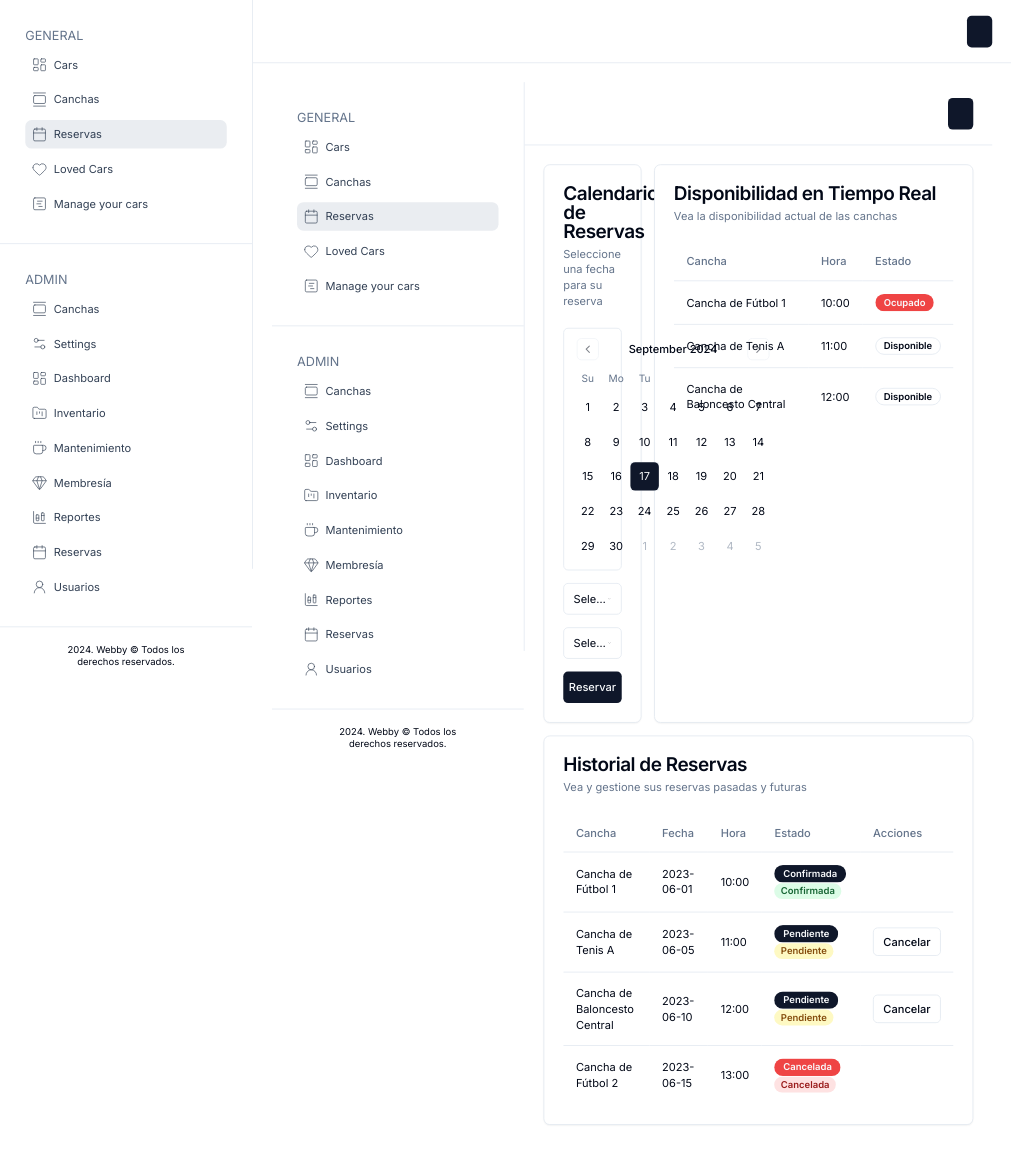
Repository: Jackson-sch/cdeporte
Page: /reservas
These files come from the project's save history. The page is drawn as it stood at one moment and after the next save; the edit follows.
The browser window is 1280 px wide. The pictures show the whole page, at 79% of full size.
The project was rebuilt for these pictures with package versions that can differ from the ones it lists, and the page was loaded fresh each time. The framework's server and built-in components were replaced by stand-ins that run in the browser. Also part of the build but not shown: next.config.mjs, src/components/ui/label.jsx, src/components/ui/input.jsx, src/components/Reservas/HistorialReserva.jsx.

Above is the page before, as saved 2024-09-17 20:18:20.

After the next save:
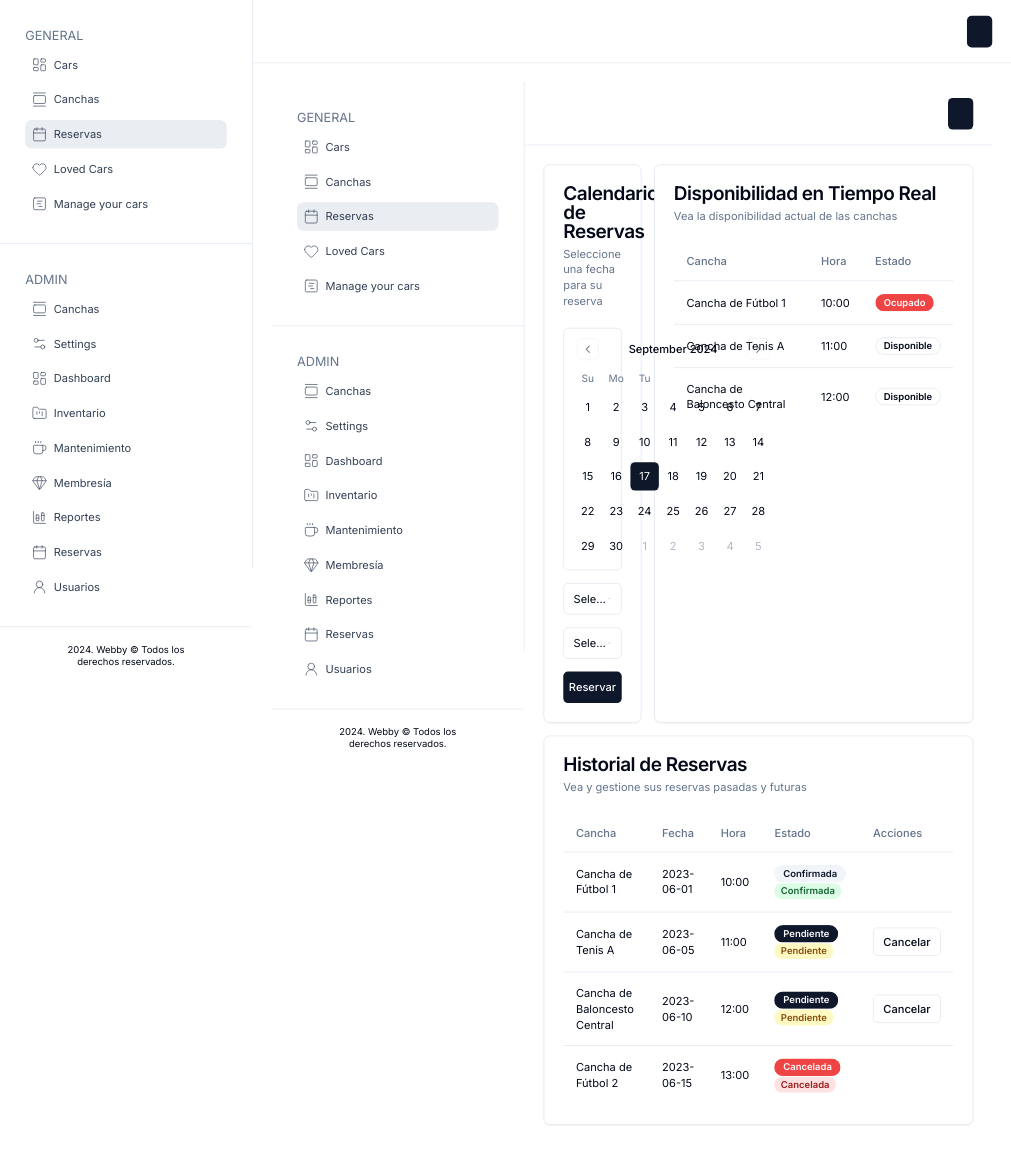
Saved 55 s later.
--- a/src/components/Reservas/ReservationHistory.jsx
+++ b/src/components/Reservas/ReservationHistory.jsx
@@ -100,7 +100,7 @@ export default function ReservationHistory() {
                   <Badge
                     variant={
                       reservation.status === "Confirmada"
-                        ? "default"
+                        ? "secondary"
                         : reservation.status === "Cancelada"
                         ? "destructive"
                         : "default"
